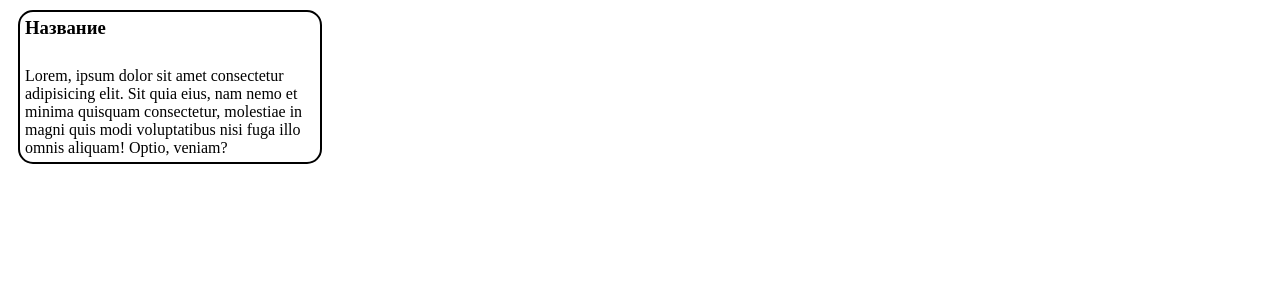
Repository: MaratLK/PLKFrontend
Page: Templates/NewsForIndex.html
The author's editor kept a copy of each file at every save. The page is drawn from the files as they stood at one save, then again after the next save.
The browser window is 1280 px wide. The pictures show the whole page.

Above is the page before, as saved 2024-08-25 06:19:01.

After the next save:
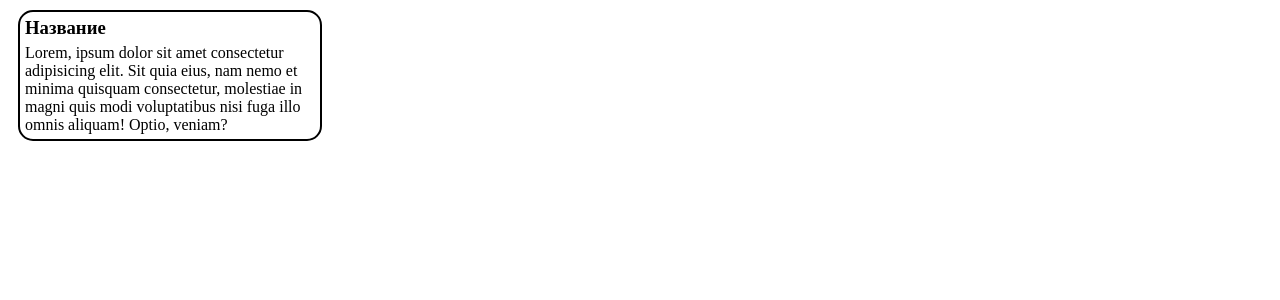
Saved 53 s later.
--- a/Templates/NewsForIndex.html
+++ b/Templates/NewsForIndex.html
@@ -24,7 +24,6 @@
     <section class="news">
         <div class="newsblk">
             <h3>Название</h3>
-            <img>
             <p>Lorem, ipsum dolor sit amet consectetur adipisicing elit. Sit quia eius, nam nemo et minima quisquam consectetur, molestiae in magni quis modi voluptatibus nisi fuga illo omnis aliquam! Optio, veniam?</p>
         </div>
     </section>
